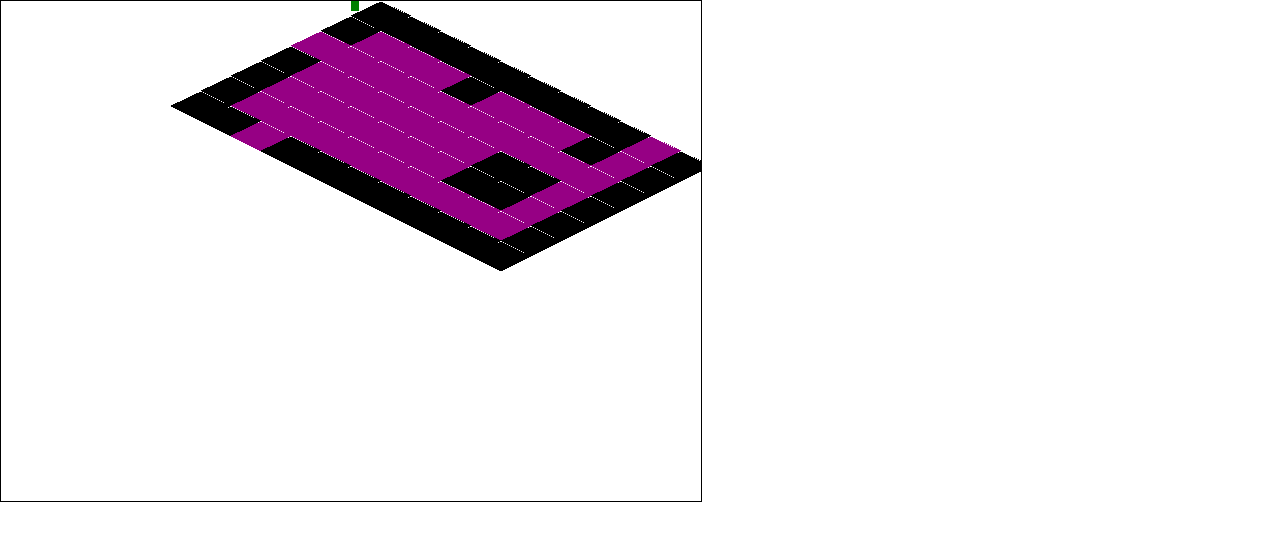
Repository: HenrikGabrielsson/IsometricTest
Page: index.html
The author's editor kept a record of every edit. The page is drawn from the files as they stood at one moment, then again after the next edit.
The browser window is 1280 px wide. The pictures show the whole page.

Above is the page before.

After the next edit:
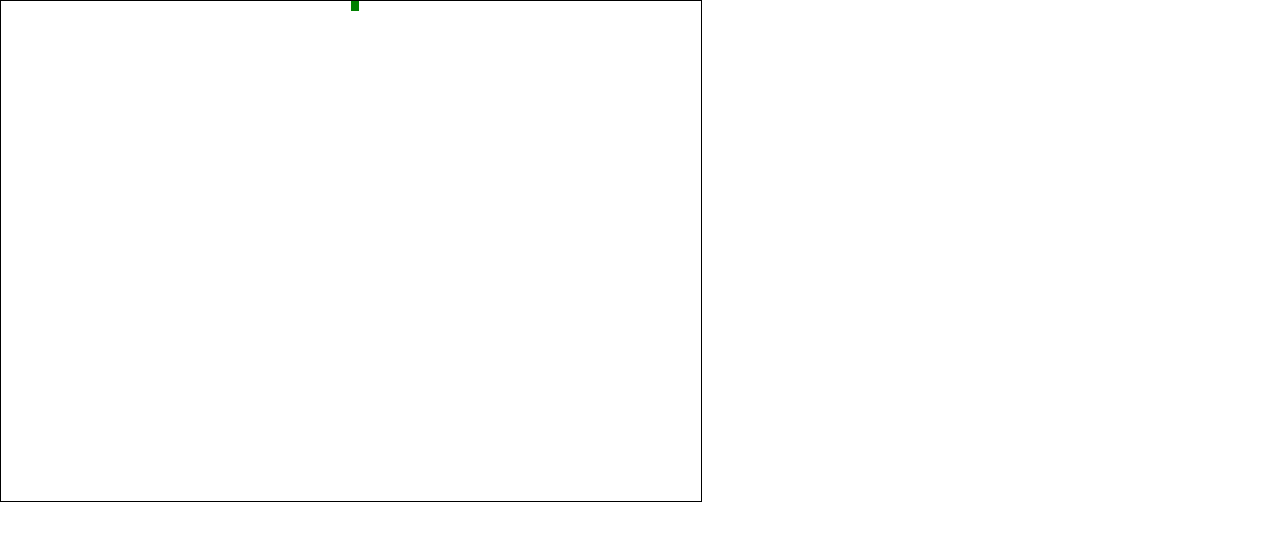
Console error: ReferenceError: tilesWidth is not defined
The edit:
--- a/script.js
+++ b/script.js
@@ -30,8 +30,6 @@
     var tiles = new Image()
     tiles.src = "tiles.png"
 
-    var tilesWidth = 60;
-    var tilesHeight = 30;
 
     tiles.addEventListener("load", function(){
         for (var row = 0;row < tileMap.length;row++)

After the edit that followed:
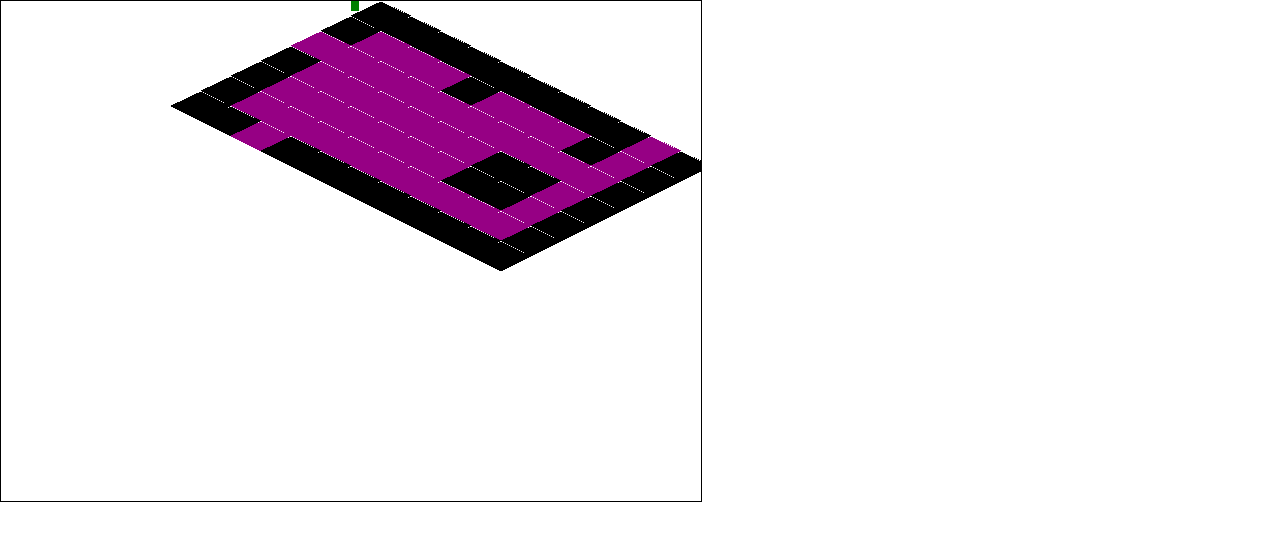
The error is gone.
The edit:
--- a/script.js
+++ b/script.js
@@ -7,6 +7,9 @@
 var canvasHeight = 500
 var canvasWidth = 700
 
+
+var tilesWidth = 60;
+var tilesHeight = 30;
 
 
 mapCanvas.width = canvasWidth;
